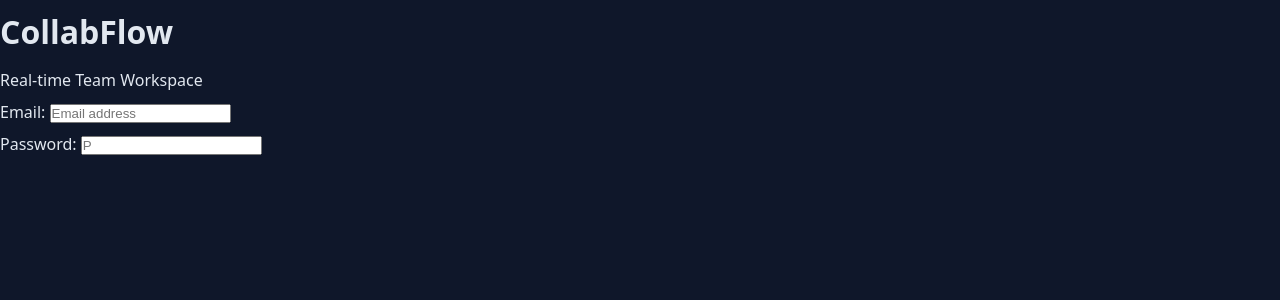
Repository: Lovethrech/collabflow
Page: /
These files come from the project's save history. The page is drawn as it stood at one moment and after the next save; the edit follows.
The browser window is 1280 px wide. The pictures show the whole page.
The project was rebuilt for these pictures with package versions that can differ from the ones it lists, and the page was loaded fresh each time. The framework's server and built-in components were replaced by stand-ins that run in the browser. Also part of the build but not shown: nuxt.config.ts.

Above is the page before, as saved 2026-05-20 19:13:47.

After the next save:
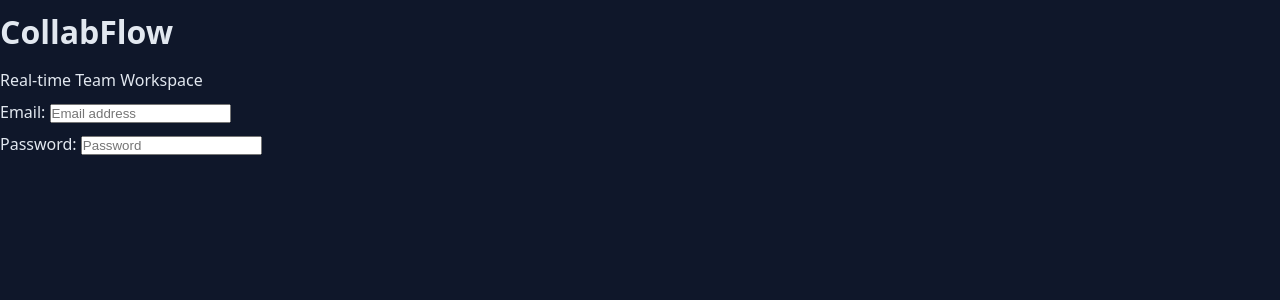
Saved 4 s later.
--- a/app/pages/index.vue
+++ b/app/pages/index.vue
@@ -34,7 +34,7 @@
                     <input
                         v-model="password"
                         type="password"
-                        placeholder="P"
+                        placeholder="Password"
                         requires
                     />
                 </div>
